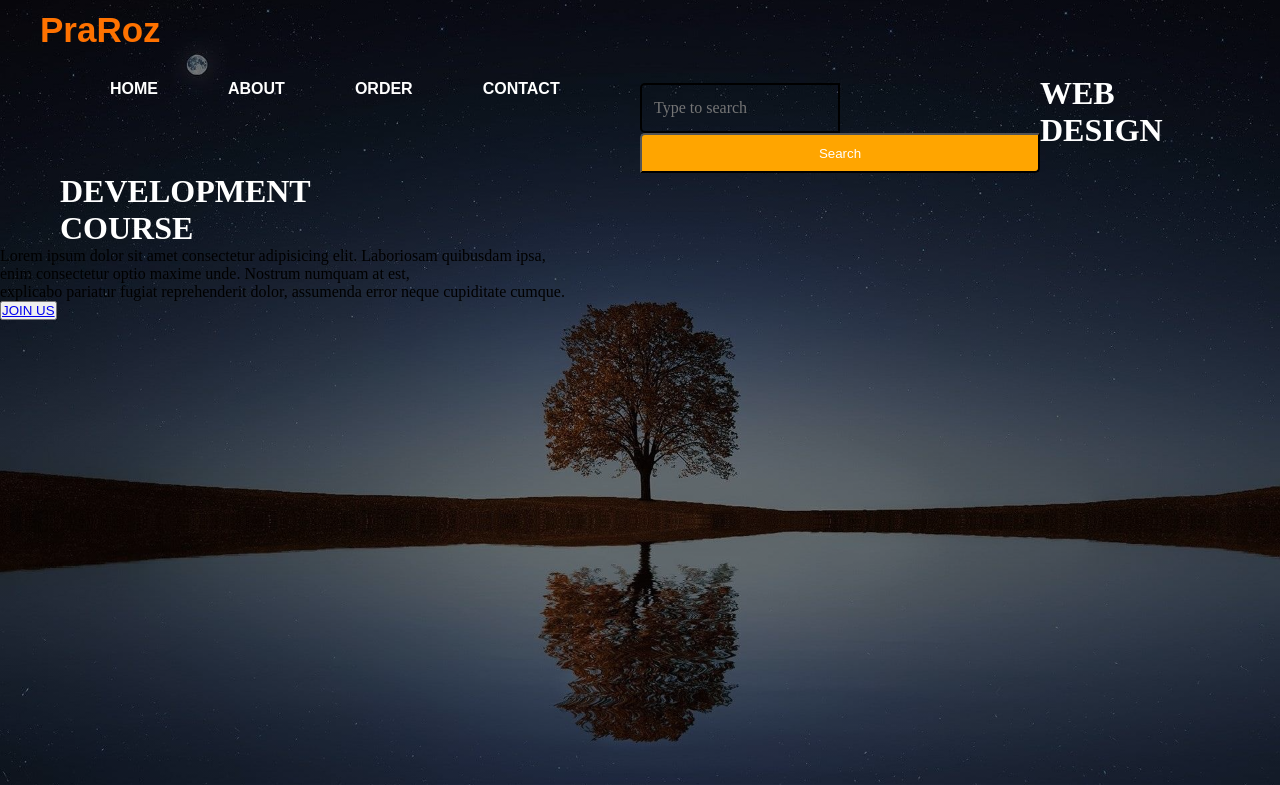
Repository: Cedrqmwesigwa/web-design-course
Page: index.html
The author's editor kept a copy of each file at every save. The page is drawn from the files as they stood at one save, then again after a run of saves.
The browser window is 1280 px wide. The pictures show the whole page.

Above is the page before, as saved 2024-04-03 20:31:19.

### index.html
<!DOCTYPE html>
<html lang="en">
<head>
    <title>Web development html</title>
    <link rel="stylesheet" href="style.css"/>
</head>
<body>
    <div class="main">
        <div class="navbar">

            <div class="icon">
                <h2 class="logo">PraRoz</h2>
            </div>

            <div class="menu">
                <ul>
                    <li><a href="#">HOME</a></li>
                    <li><a href="#">ABOUT</a></li>
                    <li><a href="#">ORDER</a></li>
                    <li><a href="#">CONTACT</a></li>
                </ul>
            </div>

            <div class="search">
                <input type="search" class="srch" name="" placeholder="Type to search">
                <a href="#"><button class="btn">Search</button></a>
            </div>

        </div>

        <div class="content">
            <h1>WEB DESIGN <br>
            <span>DEVELOPMENT</span>
            <br>COURSE</h1>
        </div>

        <p class="par">Lorem ipsum dolor sit amet consectetur adipisicing elit. Laboriosam quibusdam ipsa,<br>
            enim consectetur optio maxime unde. Nostrum numquam at est,
            <br>explicabo pariatur fugiat reprehenderit dolor, assumenda error neque cupiditate cumque.
        </p>


        <button class="cn">
            <a href="#">JOIN US</a>
        </button>
    </div>


</body>
</html>

### style.css
*{
    margin: 0;
    padding: 0;
}

.main{
    width: 100% ;
    background: linear-gradient(to top, rgba(0,0,0,0.5)50%, rgba(0, 0, 0, 0.5)50%), url(1.jpg);
    background-position: center;
    background-size: cover;
    height: 109vh;
}

.navbar{
    width: 1200px;
    height: 75px;
    margin:  auto;
}

.icon{
    width: 200px;
    font: left;
    height: 70px;
}

.logo {
    color: #ff7200;
    font-size: 35px;
    font-family: Arial;
    float: left;
    padding-top: 10px;
}

.menu{
    width: 400px;
    float: left;
    height: 70px;
}

ul{
    float: left;
    display: flex;
    justify-content: center;
    align-items: center;
}

ul li{
    list-style: none;
    margin-left: 70px;
    margin-top: 10px;
    font-size: 16px;
}

ul li a{
    text-decoration: none;
    color: white;
    font-family: Arial;
    font-weight: bold;
    transition: .4 ease-in-out;
}

ul li a:hover{
    color:#ff7200
}

.search{
    width: 400px;
    float: left;
    margin-left: 200px;
}

.srch{
    font-family: "Times New Roman";
    width: 200px;
    height: 50px;
    padding: 3%;
    background: transparent;
    border-top: 5px;
    border-bottom-left-radius: 5px;
    border-top-left-radius: 5px;
    font-size: 16px;
    color: white;
    margin-top:13px;
    border: 2px solid  #000;
}

.btn{
    width:100%;
    height: 40px;
    background: orange;
    color: white;
    border-bottom-right-radius: 5px;
    border-top-left-radius: 5px;
}

.btn:focus{
    outline: none;
}
.srch:focus{
    outline:none;
}

.content{
    width: 1200px;
    height: auto;
    margin: auto;
    color: white;
    position: relative
}
.content.par{
    padding-left: 20px;
    padding-bottom: 20px;
    font-family: Arial;
    letter-spacing: 1.2px;
    line-height: 30px;
}

.content h1{
    font-family: 'Times New Roman', Times, serif;
    size: 50px;
    padding-left: 20px;
    margin-top: ;
}

After the next 4 saves:
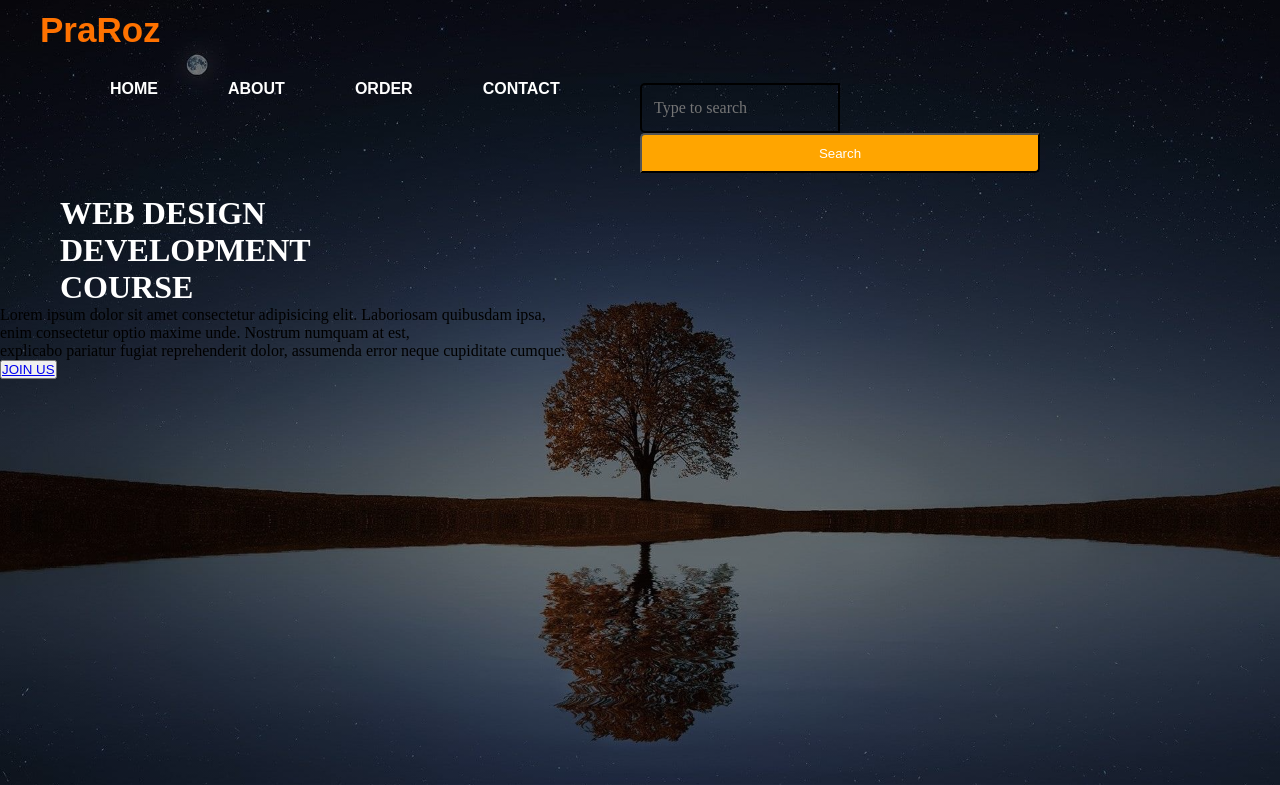
The 4 saves are shown as one change because they came seconds apart.
The last was saved 16 s later.
--- a/style.css
+++ b/style.css
@@ -119,5 +119,6 @@ ul li a:hover{
     font-family: 'Times New Roman', Times, serif;
     size: 50px;
     padding-left: 20px;
-    margin-top: ;
+    margin-top: 10%;
+    letter
 }
